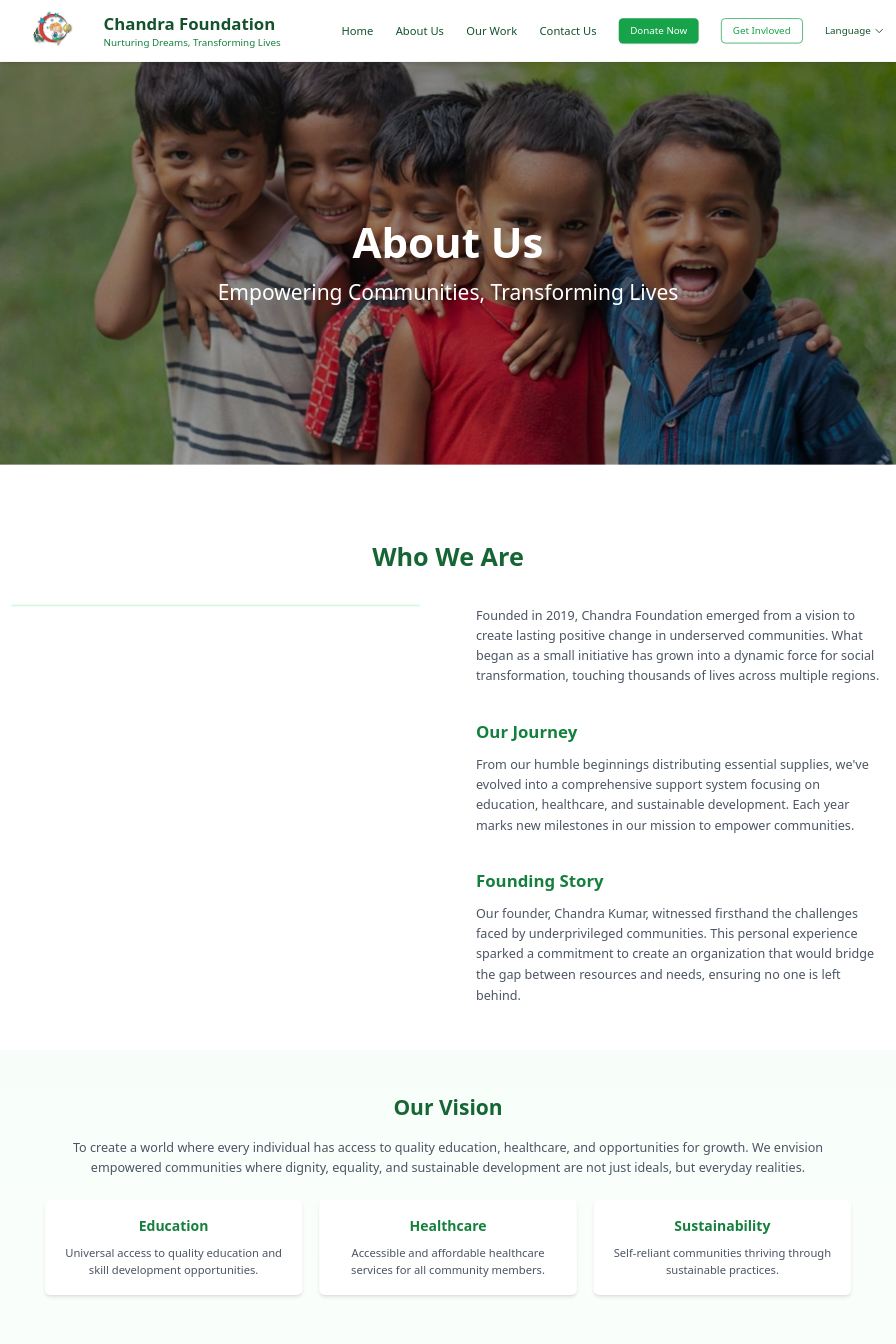
Repository: rajukumar2003/chandra-foundation
Page: /aboutus
An editor plug-in stored every save of this project. The page is shown before and after the next save, followed by the edit.
The browser window is 1280 px wide. The pictures show the part of the page from y = 0 to 1920 px (the page is 3915 px tall), at 70% of full size.
The project was rebuilt for these pictures with package versions that can differ from the ones it lists, and the page was loaded fresh each time. The framework's server and built-in components were replaced by stand-ins that run in the browser. Also part of the build but not shown: next.config.ts.

Above is the page before, as saved 2025-01-30 14:48:29.

### app/layout.tsx
import type { Metadata } from "next";
import { Geist, Geist_Mono } from "next/font/google";
import "./globals.css";
import Navbar from "./components/navbar";
import Footer from "./components/Footer";

const geistSans = Geist({
  variable: "--font-geist-sans",
  subsets: ["latin"],
});

const geistMono = Geist_Mono({
  variable: "--font-geist-mono",
  subsets: ["latin"],
});

export const metadata: Metadata = {
  title: "Create Next App",
  description: "Generated by create next app",
};

export default function RootLayout({
  children,
}: Readonly<{
  children: React.ReactNode;
}>) {
  return (
    <html lang="en">
      <body
        className={`${geistSans.variable} ${geistMono.variable} antialiased`}
      >
        <Navbar />
        {children}
        <Footer/>
      </body>
    </html>
  );
}

### app/globals.css
@tailwind base;
@tailwind components;
@tailwind utilities;
@layer base {
  :root {
    --background: 0 0% 100%;
    --foreground: 0 0% 3.9%;
    --card: 0 0% 100%;
    --card-foreground: 0 0% 3.9%;
    --popover: 0 0% 100%;
    --popover-foreground: 0 0% 3.9%;
    --primary: 0 0% 9%;
    --primary-foreground: 0 0% 98%;
    --secondary: 0 0% 96.1%;
    --secondary-foreground: 0 0% 9%;
    --muted: 0 0% 96.1%;
    --muted-foreground: 0 0% 45.1%;
    --accent: 0 0% 96.1%;
    --accent-foreground: 0 0% 9%;
    --destructive: 0 84.2% 60.2%;
    --destructive-foreground: 0 0% 98%;
    --border: 0 0% 89.8%;
    --input: 0 0% 89.8%;
    --ring: 0 0% 3.9%;
    --chart-1: 12 76% 61%;
    --chart-2: 173 58% 39%;
    --chart-3: 197 37% 24%;
    --chart-4: 43 74% 66%;
    --chart-5: 27 87% 67%;
    --radius: 0.5rem
  }
  .dark {
    --background: 0 0% 3.9%;
    --foreground: 0 0% 98%;
    --card: 0 0% 3.9%;
    --card-foreground: 0 0% 98%;
    --popover: 0 0% 3.9%;
    --popover-foreground: 0 0% 98%;
    --primary: 0 0% 98%;
    --primary-foreground: 0 0% 9%;
    --secondary: 0 0% 14.9%;
    --secondary-foreground: 0 0% 98%;
    --muted: 0 0% 14.9%;
    --muted-foreground: 0 0% 63.9%;
    --accent: 0 0% 14.9%;
    --accent-foreground: 0 0% 98%;
    --destructive: 0 62.8% 30.6%;
    --destructive-foreground: 0 0% 98%;
    --border: 0 0% 14.9%;
    --input: 0 0% 14.9%;
    --ring: 0 0% 83.1%;
    --chart-1: 220 70% 50%;
    --chart-2: 160 60% 45%;
    --chart-3: 30 80% 55%;
    --chart-4: 280 65% 60%;
    --chart-5: 340 75% 55%
  }
}
@layer base {
  * {
    @apply border-border;
  }
  body {
    @apply bg-background text-foreground;
  }
}

@keyframes float {
  0%, 100% {
    transform: translateY(0);
  }
  50% {
    transform: translateY(-20px);
  }
}

@keyframes float-delayed {
  0%, 100% {
    transform: translateY(0);
  }
  50% {
    transform: translateY(-15px);
  }
}

.animate-float {
  animation: float 6s ease-in-out infinite;
}

.animate-float-delayed {
  animation: float-delayed 5s ease-in-out infinite;
  animation-delay: 1s;
}

### app/components/Footer.tsx
"use client";

import { Facebook, Instagram, Linkedin } from "lucide-react";
import Link from "next/link";
import { Input } from "@/components/ui/input";
import { Button } from "@/components/ui/button";

const socialLinks = [
  {
    icon: Facebook,
    href: "https://www.facebook.com/chandraafoundation",
    label: "Facebook",
  },
  {
    icon: Instagram,
    href: "https://www.instagram.com/chandraafoundation",
    label: "Instagram",
  },
  {
    icon: Linkedin,
    href: "https://www.linkedin.com/company/chandraa-foundation/",
    label: "LinkedIn",
  },
];

const quickLinks = [
  { name: "What we do?", href: "/aboutUs" },
  { name: "Our Work", href: "/programs" },
  { name: "Get Involved", href: "/get-involved" },
  { name: "Contact", href: "/contactUs" },
];

export default function Footer() {
  return (
    <footer className="bg-green-900 text-white">
      <div className="container mx-auto px-4 py-12">
        <div className="grid grid-cols-1 md:grid-cols-2 lg:grid-cols-4 gap-8">
          {/* Logo and Description */}
          <div className="space-y-4">
            <Link href="/" className="text-2xl font-bold">
              Chandra Foundation
            </Link>
            <p className="text-green-200 text-sm">
              Nurturing Dreams, Transforming Lives
            </p>
          </div>

          {/* Quick Links */}
          <div>
            <h3 className="text-lg font-semibold mb-4">Quick Links</h3>
            <ul className="space-y-2">
              {quickLinks.map((link) => (
                <li key={link.name}>
                  <Link
                    href={link.href}
                    className="text-green-200 hover:text-white transition-colors"
                  >
                    {link.name}
                  </Link>
                </li>
              ))}
            </ul>
          </div>

          {/* Contact Info */}
          <div>
            <h3 className="text-lg font-semibold mb-4">Contact Us</h3>
            <address className="not-italic text-green-200 space-y-2">
              <p>
                74 D 6 Vivekpuri, Maya Market, Barra Baipass, Kanpur Nagar,
                Uttar Pradesh, 208027
              </p>
              <p>Phone: (+91) 9044850387 </p>
              <p>Email: cf.helpinghands@yahoo.com</p>
            </address>
          </div>

          {/* Newsletter Signup */}
          <div>
            <h3 className="text-lg font-semibold mb-4">Stay Updated</h3>
            <form className="space-y-2">
              <Input
                type="email"
                placeholder="Your email address"
                className="bg-white text-black placeholder-green-400"
              />
              <Button className="w-full bg-green-600 hover:bg-green-700">
                Subscribe
              </Button>
            </form>
          </div>
        </div>

        {/* Bottom Bar */}
        <div className="mt-12 pt-8 border-t border-green-800 flex flex-col md:flex-row justify-between items-center space-y-4 md:space-y-0">
          <div className="text-sm text-green-300">
            © {new Date().getFullYear()} Chandra Foundation. All rights
            reserved.
          </div>
          <div className="flex space-x-4">
            {socialLinks.map((link) => (
              <a
                key={link.label}
                href={link.href}
                target="_blank" // Open link in a new tab
                rel="noopener noreferrer" // Prevent security vulnerabilities
                className="text-green-300 hover:text-white transition-colors"
                aria-label={link.label}
              >
                <link.icon className="w-5 h-5" />
              </a>
            ))}
          </div>
        </div>
      </div>
    </footer>
  );
}

### app/components/AboutIntro.tsx
"use client";

import { motion } from "framer-motion";
import Image from "next/image";

export default function AboutUsIntro() {
  return (
    <section className="py-16 bg-white">
      <div className="container mx-auto px-4">
        <div>
          <h2 className="text-4xl font-bold text-green-800 my-12 flex justify-center items-center">Who We Are</h2>
        </div>
        <div className="grid lg:grid-cols-2 gap-12 lg:gap-20 items-start">
          {/* Left side - Image */}
          <motion.div
            initial={{ opacity: 0, x: -20 }}
            animate={{ opacity: 1, x: 0 }}
            transition={{ duration: 0.6 }}
            className="relative"
          >
            <div className="h-full w-full relative rounded-3xl overflow-hidden border border-green-200">
              <Image
                src="/images/aboutus.png"
                alt="Making a difference in communities"
                fill
                className="object-cover"
              />
              {/* Decorative borders */}
              <div className="absolute inset-0 border-2 border-green-100 rounded-3xl transform rotate-2" />
              <div className="absolute inset-0 border-2 border-green-100 rounded-3xl transform -rotate-2" />
            </div>
          </motion.div>

          {/* Right side - Content */}
          <motion.div
            initial={{ opacity: 0, x: 20 }}
            animate={{ opacity: 1, x: 0 }}
            transition={{ duration: 0.6, delay: 0.2 }}
            className="space-y-12"
          >
            {/* Short Para / Who we are */}
            <div>
              <p className="text-gray-600 text-lg leading-relaxed">
                Founded in 2019, Chandra Foundation emerged from a vision to
                create lasting positive change in underserved communities. What
                began as a small initiative has grown into a dynamic force for
                social transformation, touching thousands of lives across
                multiple regions.
              </p>
            </div>

            {/* Our Journey */}
            <div>
              <h3 className="text-2xl font-semibold text-green-700 mb-4">
                Our Journey
              </h3>
              <p className="text-gray-600 text-lg leading-relaxed">
                From our humble beginnings distributing essential supplies,
                we've evolved into a comprehensive support system focusing on
                education, healthcare, and sustainable development. Each year
                marks new milestones in our mission to empower communities.
              </p>
            </div>

            {/* Founding Story */}
            <div>
              <h3 className="text-2xl font-semibold text-green-700 mb-4">
                Founding Story
              </h3>
              <p className="text-gray-600 text-lg leading-relaxed">
                Our founder, Chandra Kumar, witnessed firsthand the challenges
                faced by underprivileged communities. This personal experience
                sparked a commitment to create an organization that would bridge
                the gap between resources and needs, ensuring no one is left
                behind.
              </p>
            </div>

          </motion.div>
        </div>
      </div>
    </section>
  );
}

### app/components/AboutHero.tsx
"use client"

import { motion } from "framer-motion"
import Image from "next/image"

export default function AboutHero() {
  return (
    <section className="relative min-h-[70vh] md:min-h-[80vh] flex items-center justify-center overflow-hidden">
      <Image
        src="/images/about.png"
        alt="Chandra Foundation team working in the community"
        fill
        style={{ objectFit: "cover", filter: "brightness(0.8)" }}
        className="absolute inset-0"
        priority
      />
      <div className="absolute inset-0 bg-black opacity-10" />
      <div className="absolute inset-0 bg-gradient-to-b from-black/20 to-black/10" />
      {/* <div className="absolute inset-0 bg-gradient-to-b from-green-900/70 to-green-800/70" /> */}
      <div className="absolute inset-0 bg-grid-white/[0.05]" />

      <div className="relative z-20 text-center text-white max-w-4xl mx-auto px-4">
        <motion.h1
          initial={{ opacity: 0, y: 30 }}
          animate={{ opacity: 1, y: 0 }}
          transition={{ duration: 0.8, ease: "easeOut" }}
          className="text-4xl md:text-5xl lg:text-6xl font-bold mb-6 leading-tight"
        >
          About Us
        </motion.h1>
        <motion.p
          initial={{ opacity: 0, y: 30 }}
          animate={{ opacity: 1, y: 0 }}
          transition={{ duration: 0.8, delay: 0.2, ease: "easeOut" }}
          className="text-xl md:text-2xl lg:text-3xl font-light"
        >
          Empowering Communities, Transforming Lives
        </motion.p>
      </div>
    </section>
  )
}

### app/components/CoreValues.tsx
"use client"

import { motion } from "framer-motion"
import { Users, Scale, Shield, HandshakeIcon, Lightbulb, Heart, Leaf } from "lucide-react"

const coreValues = [
  {
    icon: Users,
    title: "Empowerment",
    description:
      "We believe in empowering individuals and communities to take charge of their own lives, fostering self-reliance and resilience.",
  },
  {
    icon: Scale,
    title: "Equity",
    description:
      "We are committed to promoting fairness and equal opportunities for all, ensuring that marginalized and underserved populations receive the support they need.",
  },
  {
    icon: Shield,
    title: "Integrity",
    description:
      "We operate with transparency and honesty, building trust with our stakeholders and communities through ethical practices.",
  },
  {
    icon: HandshakeIcon,
    title: "Collaboration",
    description:
      "We value partnerships and teamwork, recognizing that collective efforts lead to greater impact and sustainable change.",
  },
  {
    icon: Lightbulb,
    title: "Innovation",
    description:
      "We embrace creativity and adaptability, continually seeking new solutions and approaches to address the evolving challenges in health, education, and employment.",
  },
  {
    icon: Heart,
    title: "Compassion",
    description:
      "We approach our work with empathy and understanding, prioritizing the well-being and dignity of every individual we serve.",
  },
  {
    icon: Leaf,
    title: "Sustainability",
    description:
      "We are dedicated to creating lasting change through sustainable practices, ensuring that our initiatives have a positive impact for future generations.",
  },
]

export default function CoreValues() {
  return (
    <section className="py-16 bg-gradient-to-b from-white to-green-50/50">
      <div className="container mx-auto px-4">
        <motion.div
          initial={{ opacity: 0, y: 20 }}
          whileInView={{ opacity: 1, y: 0 }}
          viewport={{ once: true }}
          transition={{ duration: 0.6 }}
          className="text-center mb-12"
        >
          <h2 className="text-3xl md:text-4xl font-bold text-green-800 mb-4">Our Core Values</h2>
          <div className="w-20 h-1 bg-green-600 mx-auto mb-6"></div>
        </motion.div>

        <div className="grid gap-8 md:grid-cols-2 lg:grid-cols-3 max-w-7xl mx-auto">
          {coreValues.map((value, index) => (
            <motion.div
              key={value.title}
              initial={{ opacity: 0, y: 20 }}
              whileInView={{ opacity: 1, y: 0 }}
              viewport={{ once: true }}
              transition={{ duration: 0.5, delay: index * 0.1 }}
            >
              <div className="bg-white rounded-lg p-6 shadow-md hover:shadow-lg transition-all duration-300 h-full border border-green-100 group">
                <div className="flex items-start gap-4">
                  <div className="shrink-0">
                    <div className="w-12 h-12 rounded-full bg-green-100 flex items-center justify-center group-hover:bg-green-200 transition-colors duration-300">
                      <value.icon className="w-6 h-6 text-green-600" />
                    </div>
                  </div>
                  <div>
                    <h3 className="text-xl font-semibold text-green-800 mb-2 group-hover:text-green-600 transition-colors duration-300">
                      {value.title}
                    </h3>
                    <p className="text-gray-600 leading-relaxed">{value.description}</p>
                  </div>
                </div>
              </div>
            </motion.div>
          ))}
        </div>
      </div>
    </section>
  )
}

### components/ui/button.tsx
import * as React from "react"
import { Slot } from "@radix-ui/react-slot"
import { cva, type VariantProps } from "class-variance-authority"

import { cn } from "@/lib/utils"

const buttonVariants = cva(
  "inline-flex items-center justify-center gap-2 whitespace-nowrap rounded-md text-sm font-medium transition-colors focus-visible:outline-none focus-visible:ring-1 focus-visible:ring-ring disabled:pointer-events-none disabled:opacity-50 [&_svg]:pointer-events-none [&_svg]:size-4 [&_svg]:shrink-0",
  {
    variants: {
      variant: {
        default:
          "bg-primary text-primary-foreground shadow hover:bg-primary/90",
        destructive:
          "bg-destructive text-destructive-foreground shadow-sm hover:bg-destructive/90",
        outline:
          "border border-input bg-background shadow-sm hover:bg-accent hover:text-accent-foreground",
        secondary:
          "bg-secondary text-secondary-foreground shadow-sm hover:bg-secondary/80",
        ghost: "hover:bg-accent hover:text-accent-foreground",
        link: "text-primary underline-offset-4 hover:underline",
      },
      size: {
        default: "h-9 px-4 py-2",
        sm: "h-8 rounded-md px-3 text-xs",
        lg: "h-10 rounded-md px-8",
        icon: "h-9 w-9",
      },
    },
    defaultVariants: {
      variant: "default",
      size: "default",
    },
  }
)

export interface ButtonProps
  extends React.ButtonHTMLAttributes<HTMLButtonElement>,
    VariantProps<typeof buttonVariants> {
  asChild?: boolean
}

const Button = React.forwardRef<HTMLButtonElement, ButtonProps>(
  ({ className, variant, size, asChild = false, ...props }, ref) => {
    const Comp = asChild ? Slot : "button"
    return (
      <Comp
        className={cn(buttonVariants({ variant, size, className }))}
        ref={ref}
        {...props}
      />
    )
  }
)
Button.displayName = "Button"

export { Button, buttonVariants }

### components/ui/input.tsx
import * as React from "react"

import { cn } from "@/lib/utils"

const Input = React.forwardRef<HTMLInputElement, React.ComponentProps<"input">>(
  ({ className, type, ...props }, ref) => {
    return (
      <input
        type={type}
        className={cn(
          "flex h-9 w-full rounded-md border border-input bg-transparent px-3 py-1 text-base shadow-sm transition-colors file:border-0 file:bg-transparent file:text-sm file:font-medium file:text-foreground placeholder:text-muted-foreground focus-visible:outline-none focus-visible:ring-1 focus-visible:ring-ring disabled:cursor-not-allowed disabled:opacity-50 md:text-sm",
          className
        )}
        ref={ref}
        {...props}
      />
    )
  }
)
Input.displayName = "Input"

export { Input }

Loaded but not shown: lib/utils.ts (common file); tailwind.config.js (83 lines, source omitted); app/(root)/aboutus/page.tsx (407 lines, source omitted); components/ui/dropdown-menu.tsx (201 lines, source omitted); app/components/navbar.tsx (187 lines, source omitted); app/components/VisionMission.tsx (108 lines, source omitted)

After the next save:
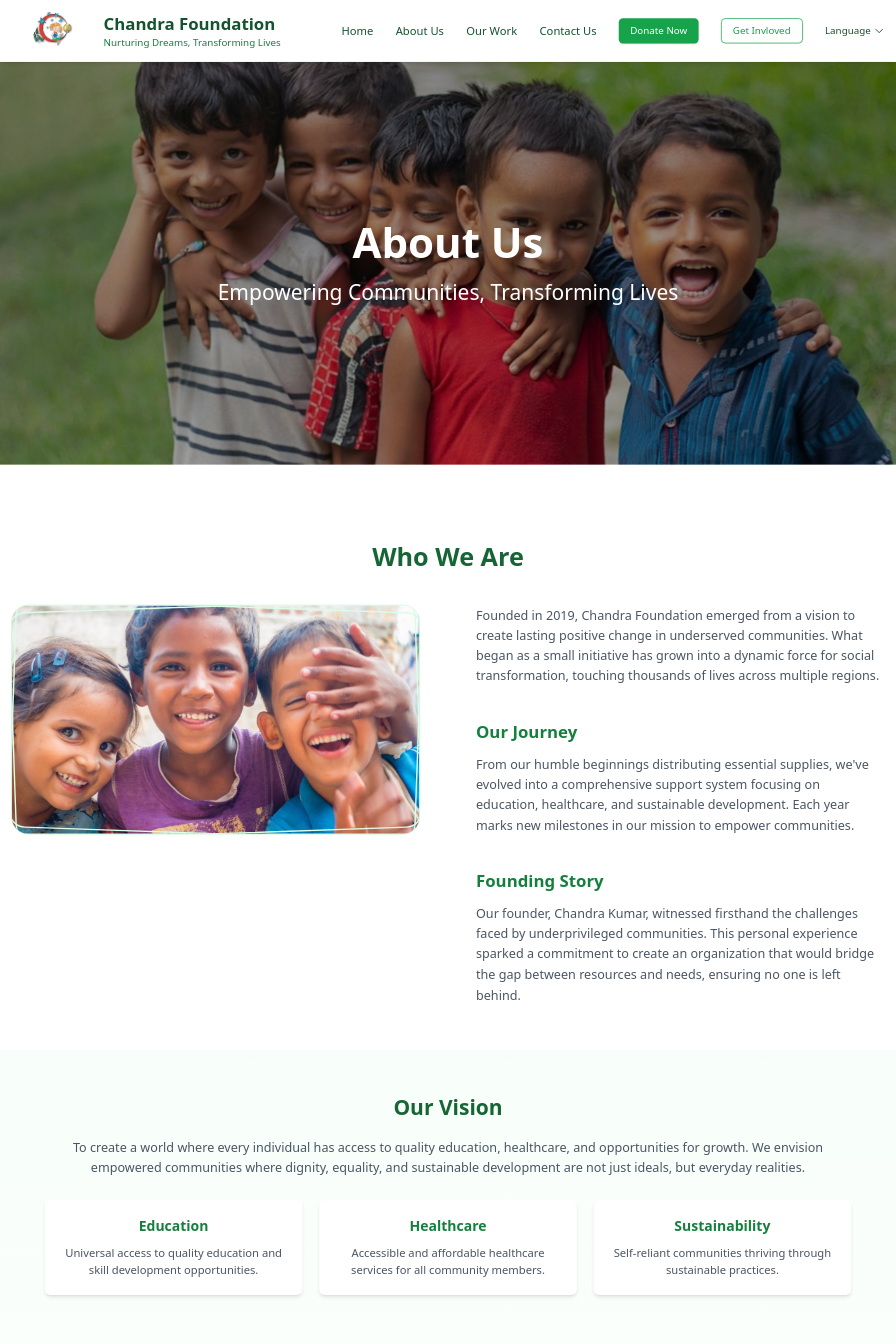
Saved 2 min 27 s later.
--- a/app/components/AboutIntro.tsx
+++ b/app/components/AboutIntro.tsx
@@ -18,7 +18,7 @@ export default function AboutUsIntro() {
             transition={{ duration: 0.6 }}
             className="relative"
           >
-            <div className="h-full w-full relative rounded-3xl overflow-hidden border border-green-200">
+            <div className="h-full w-full relative rounded-3xl overflow-hidden border border-green-200 aspect-[16/9]">
               <Image
                 src="/images/aboutus.png"
                 alt="Making a difference in communities"
